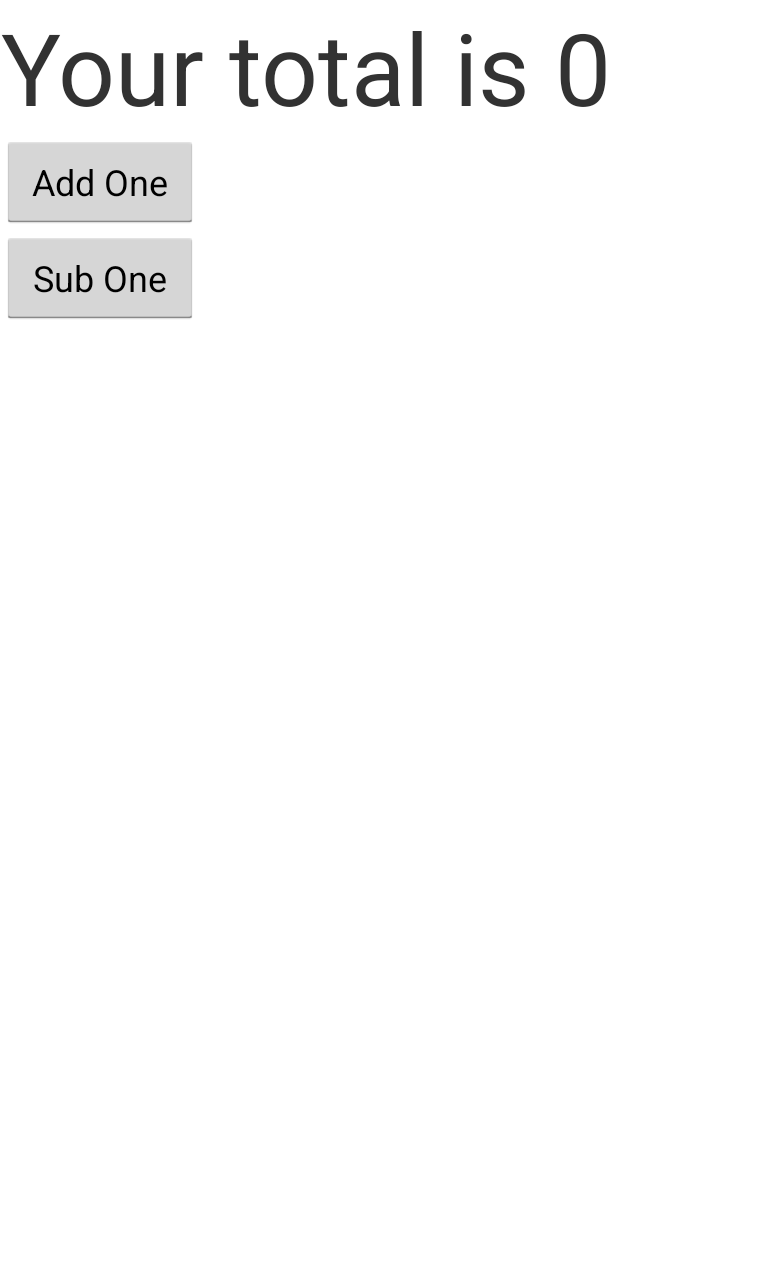
Repository: eshan22/android
Layout: projectone/res/layout/activity_start.xml
An editor plug-in stored every save of this project. The layout is shown before and after a run of saves, followed by the edit.
It is drawn on a 768 x 1280 px phone screen (xhdpi) without system bars, with theme AppTheme; the app's code is not run.

Above is the layout before, as saved 2013-06-18 13:11:21.

After the next 2 saves:
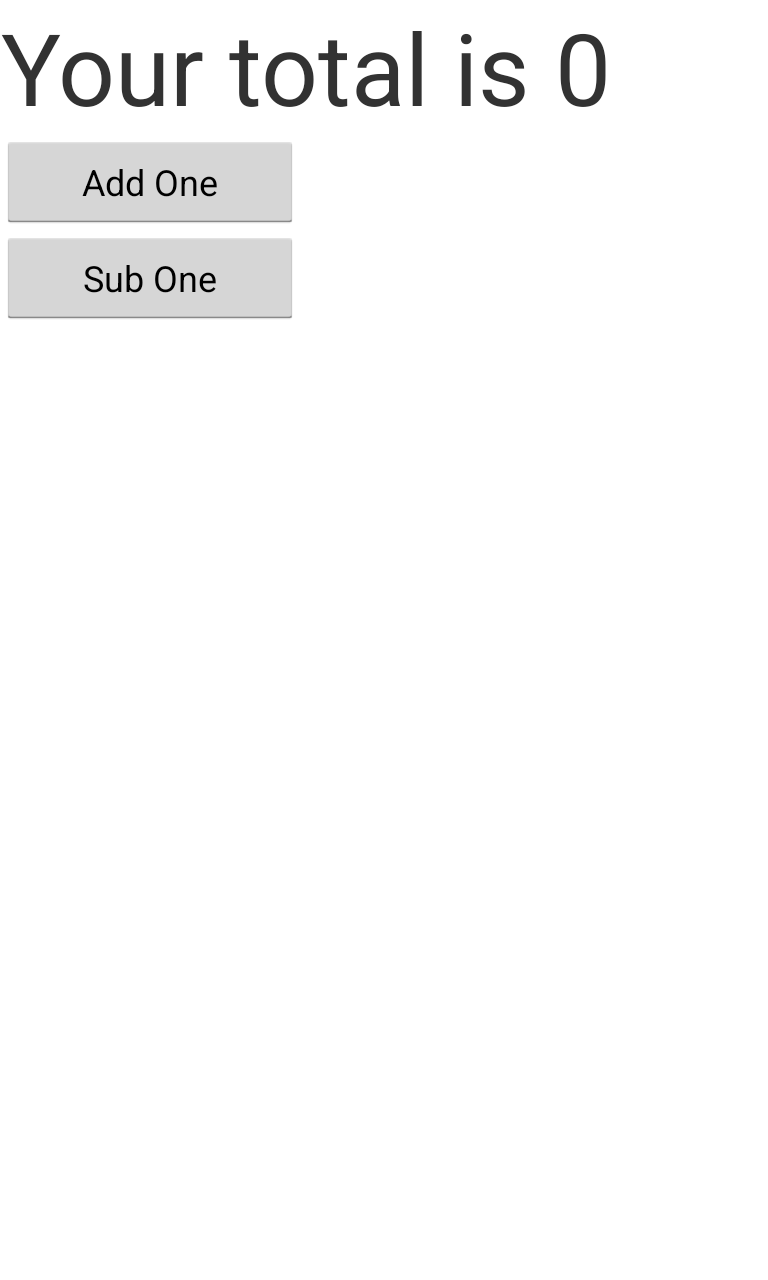
The 2 saves are shown as one change because they came seconds apart.
The last was saved 32 s later.
--- a/projectone/res/layout/activity_start.xml
+++ b/projectone/res/layout/activity_start.xml
@@ -16,7 +16,7 @@
 
     <Button
         android:text="Add One"
-        android:layout_width="100dp"
+        android:layout_width="150dp"
         android:layout_height="wrap_content"
         android:id="@+id/add"
 
@@ -24,7 +24,7 @@
  />
     <Button
         android:text="Sub One"
-        android:layout_width="100dp"
+        android:layout_width="150dp"
         android:layout_height="wrap_content"
         android:id="@+id/sub"
 
